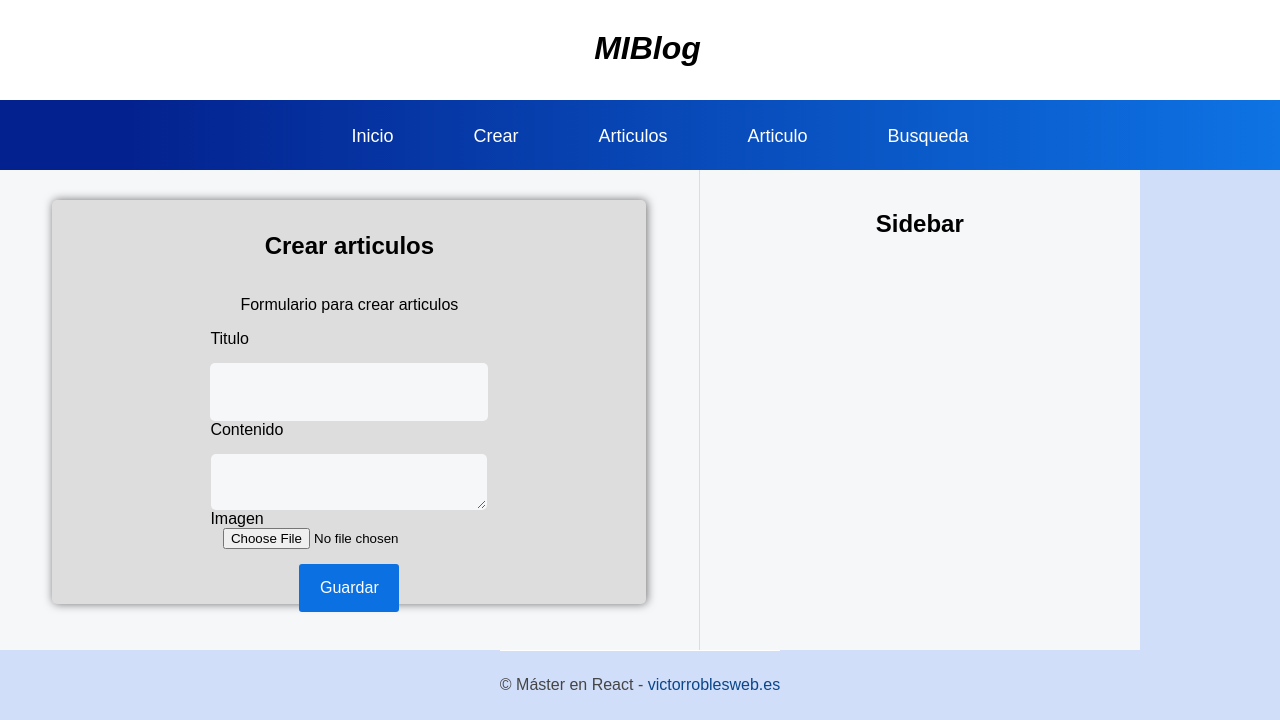
Repository: DamianBermudez94/frondEnd-blog
Page: /crear
The author's editor kept a copy of each file at every save. The page is drawn from the files as they stood at one save, then again after the next save.
The browser window is 1280 px wide. The pictures show the whole page.
The project was rebuilt for these pictures with package versions that can differ from the ones it lists, and the page was loaded fresh each time. Also part of the build but not shown: vite.config.js, src/components/pages/Inicio.jsx, src/components/pages/Busqueda.jsx, src/helper/Global.jsx, src/helper/Peticion.jsx, src/components/pages/Listado.jsx, src/components/pages/Articulos.jsx, src/components/pages/Articulo.jsx.

Above is the page before, as saved 2023-08-14 19:27:36.

### index.html
<!doctype html>
<html lang="es">
  <head>
    <meta charset="UTF-8" />
    <link rel="icon" type="image/svg+xml" href="/vite.svg" />
    <meta name="viewport" content="width=device-width, initial-scale=1.0" />
    <title>Proyecto-blog</title>
  </head>
  <body>
    <div id="root"></div>
    <script type="module" src="/src/main.jsx"></script>
  </body>
</html>

### src/main.jsx

import ReactDOM from 'react-dom/client'
import App from './App.jsx'
import './index.css'

ReactDOM.createRoot(document.getElementById('root')).render(

    <App />

)

### src/App.jsx
import { Rutas } from "./router/rutas"



function App() {


  return (
    <div className="layout">
      <Rutas></Rutas>
    </div>
  )
}

export default App

### src/index.css
/*:root {
  font-family: Inter, system-ui, Avenir, Helvetica, Arial, sans-serif;
  line-height: 1.5;
  font-weight: 400;

  color-scheme: light dark;
  color: rgba(255, 255, 255, 0.87);
  background-color: #242424;

  font-synthesis: none;
  text-rendering: optimizeLegibility;
  -webkit-font-smoothing: antialiased;
  -moz-osx-font-smoothing: grayscale;
  -webkit-text-size-adjust: 100%;
}

a {
  font-weight: 500;
  color: #646cff;
  text-decoration: inherit;
}
a:hover {
  color: #535bf2;
}

body {
  margin: 0;
  display: flex;
  place-items: center;
  min-width: 320px;
  min-height: 100vh;
}

h1 {
  font-size: 3.2em;
  line-height: 1.1;
}

button {
  border-radius: 8px;
  border: 1px solid transparent;
  padding: 0.6em 1.2em;
  font-size: 1em;
  font-weight: 500;
  font-family: inherit;
  background-color: #1a1a1a;
  cursor: pointer;
  transition: border-color 0.25s;
}
button:hover {
  border-color: #000bdb;
}
button:focus,
button:focus-visible {
  outline: 4px auto -webkit-focus-ring-color;
}

@media (prefers-color-scheme: light) {
  :root {
    color: #213547;
    background-color: #ffffff;
  }
  a:hover {
    color: #000dff;
  }
  button {
    background-color: #f9f9f9;
  }
}*/


/*ESTILOS GENERALES*/

body{
  background: #d1defa;
  font-family: sans-serif, Arial, Helvetica;
  text-align: center;
  padding: 0px;
  margin: 0px;
  box-sizing: border-box;

}

.layout{
  display: grid;
  grid-template-areas:
      "header header header header"
      "nav nav nav nav"
      "content content content lateral"
      "footer footer footer footer"
  ;
  grid-template-rows: 100px 70px auto 70px;
}

/*ESTILOS CABECERA*/

.header{
  grid-area: header;
  width: 100%;
  background: white;
  text-align: left;
  font-style: italic;

  display: flex;
  justify-content: center;
}



.header h1{
  margin-left: 15px;
  margin-top: 30px;
}

/*ESTILOS DE LA BARRA DE NAVEGACIÓN*/

.nav{
  grid-area: nav;
  background: linear-gradient(90deg, #03228f 10%, #0e73e4 100%);
}

.nav > ul {
  display: flex;
  justify-content: center;
  align-items: center;
  list-style: none;
}

.nav li{
  padding: 10px;
}

.nav a {
  display: block;
  margin-left: 30px;
  margin-right: 30px;
  font-size: 18px;
  font-weight: lighter;
  color: white;
  text-decoration: none;
  transition: all 300ms;
}

.nav a:hover{
  transform: scale(1.1, 1.1);
}

/*ESTILOS PARA EL CONTENIDO PRINCIPAL*/

.content{

  grid-area: content;
  background: #f6f7f9;
  display: flex;
  flex-flow: wrap;
  justify-content: flex-start;
  align-items: initial;
  flex-grow: 1;
}
.jumbo{
  width: 85%;
  height: 80%;
  padding-top: 20px;
  display: flex;
  background-color: #ddd;
  justify-content: center;
  align-items: center;
  flex-direction: column;
  border-radius: 5px;
  box-shadow: 1px 0px 10px 0px #6e6e6e;
  margin: 30px auto;
}
.articulo-item{
  flex-grow: 1;
  background: white;
  border-radius: 10px;
  box-shadow: 0px 0px 6px #ddd;
  margin: 20px;
  padding-top: 60px;
  padding-bottom: 60px;
  padding-left: 25px;
  padding-right: 25px;
  display: flex;
  justify-content: center;
  align-items: center;
  max-height: 225px;
}
.articulo-img img{
  width: 500px;
  overflow: hidden;
}
.articulo-item .edit{
  margin-right: 7px;
}
.articulo-datos{
  text-align: left;
}
.title-articulo{
  font-size: 25px;

}
.button,
button,
input[type="submit"],
input[type="button"]{
  width: 100px;
  background: #0b70e1;
  color: white;
  border: 0;
  outline: 0;
  padding:15px;
  border-radius: 3px;
  margin-top:15px;
  text-transform: capitalize;
  font-size: 16px;
  font-weight: 500;
  cursor: pointer;
  transition: all 300ms;
}
.articulo-borrar{
  margin-right: 20px;
}
.articulo-item .articulo-borrar:hover{

  background: #9b0202;
}

.articulo-item .articulo-editar:hover{
  background: #e77b00;
}

/*ESTILOS BARRA LATERAL*/

.lateral{
  width: 400px;
  grid-area: lateral;
  background: #f6f7f9;
  border-left: 1px solid #ddd;
  padding: 20px;
}

.lateral > div{
  box-sizing: border-box;
  width: 90%;
  margin: 20px;
  padding: 20px;
  padding-top: 10px;
  background: white;
  border-radius: 10px;
  box-shadow: 0px 0px 6px #ddd;
}

input[type="text"],
input[type="text"],
textarea,
input[type="text"],
input[type="text"],
textarea
{
  display: block;
  margin: 0 auto;
  margin-top: 15px;
  padding: 12px;
  border-radius: 5px;
  background: #f6f7f9;
  color: #454545;
  width: 80%;
  max-width: 250px;
  min-width: 250px;
  min-height: 30px;
  max-height: 250px;
  opacity: 4;
  outline: 0;
  border-color: transparent;
}
.no-encontrado{
  color: #9b0202;
}
.edit_form{
  border-top: 1px solid #ddd;
  margin-top: 10px;
}
.formulario{
 margin-top: 0;
}
.grup-form label{
 display: block;
  text-align: left;
}
/*ESTILOS PARA EL PIE DE PÁGINA*/
.footer{
  max-height: 300px;
  grid-area: footer;
  margin: 0 auto;
  background-color: #d1defa;
  color: #454545;
  border-top: 1px solid white;

  line-height: 68px;

}

.footer a{
  color: #0b468a;
  text-decoration: none;
}

@media (max-width: 1085px){
  .content {
      flex-flow: column wrap;
      justify-content: center;
      align-items: center;
  }

  .articulo-item{
      width: 80%;
  }
}

### src/router/rutas.jsx

import { BrowserRouter, Routes, Route } from "react-router-dom";
import { Inicio } from "../components/pages/Inicio";
import { Busqueda } from "../components/pages/Busqueda";
import { Crear } from "../components/pages/Crear";
import Articulos from "../components/pages/Articulos";
import { Articulo } from "../components/pages/Articulo";
import { Header } from "../components/layout/Header";
import { Nav } from "../components/layout/Nav";
import { Footer } from "../components/layout/Footer";
import { Sidebar } from "../components/layout/Sidebar";


export const Rutas = ()=>{

    return(

        <BrowserRouter>
            {/*Layout*/}
            <Header></Header>
            <Nav></Nav>
            {/*Contenido principal y rutas*/}
            <section id="content" className="content">
                <Routes>
                    <Route path="/" element={<Inicio/>}/>
                    <Route path="/inicio" element={<Inicio/>}/>
                    <Route path="/busqueda" element={<Busqueda/>}/>
                    <Route path="/crear" element={<Crear/>}/>
                    <Route path="/articulos" element={<Articulos/>}/>
                    <Route path="/articulo" element={<Articulo/>}/>
                </Routes>
            </section>
            <Sidebar/>
            <Footer></Footer>
        </BrowserRouter>

    )

}

### src/components/pages/Crear.jsx


export const Crear = () => {
  return (
    <div className="jumbo">
      <h1>Crear articulos</h1>
      <p>Formulario para crear articulos</p>
      <form className="formulario">
        <div className="grup-form">
          <label htmlFor="titulo">Titulo</label>
          <input type="text" name="titulo"/>
        </div>
        <div className="grup-form">
          <label htmlFor="contenido">Contenido</label>
          <textarea type="textarea" name="contenido"/>
        </div>
        <div className="grup-form">
          <label htmlFor="file0">Imagen</label>
          <input type="file" name="file0" id="file"/>
        </div>
        <input type="submit" value="Guardar" className="btn btn-succes" />
      </form>
    </div>
  );
};

### src/components/layout/Header.jsx
import React from 'react'

export const Header = () => {
  return (

         <header className="header">
            <h1>MIBlog</h1>
        </header>

  )
}

### src/components/layout/Nav.jsx
import React from 'react'
import { NavLink } from 'react-router-dom'

export const Nav = () => {
  return (

           <nav className="nav">
            <ul>
                <li><NavLink to="/#">Inicio</NavLink></li>
                <li><NavLink to="/crear">Crear</NavLink></li>
                <li><NavLink to="/articulos">Articulos</NavLink></li>
                <li><NavLink to="/articulo">Articulo</NavLink></li>
                <li><NavLink to="/busqueda">Busqueda</NavLink></li>

            </ul>
        </nav>

  )
}

### src/components/layout/Footer.jsx
import React from 'react'

export const Footer = () => {
  return (

         <footer className="footer">
            &copy; Máster en React - <a href="https://victorroblesweb.es">victorroblesweb.es</a>
        </footer>

  )
}

### src/components/layout/Sidebar.jsx
import React from 'react'

export const Sidebar = () => {
  return (
        <aside className="lateral">

            <h1>Sidebar</h1>

        </aside>

  )
}

After the next save:
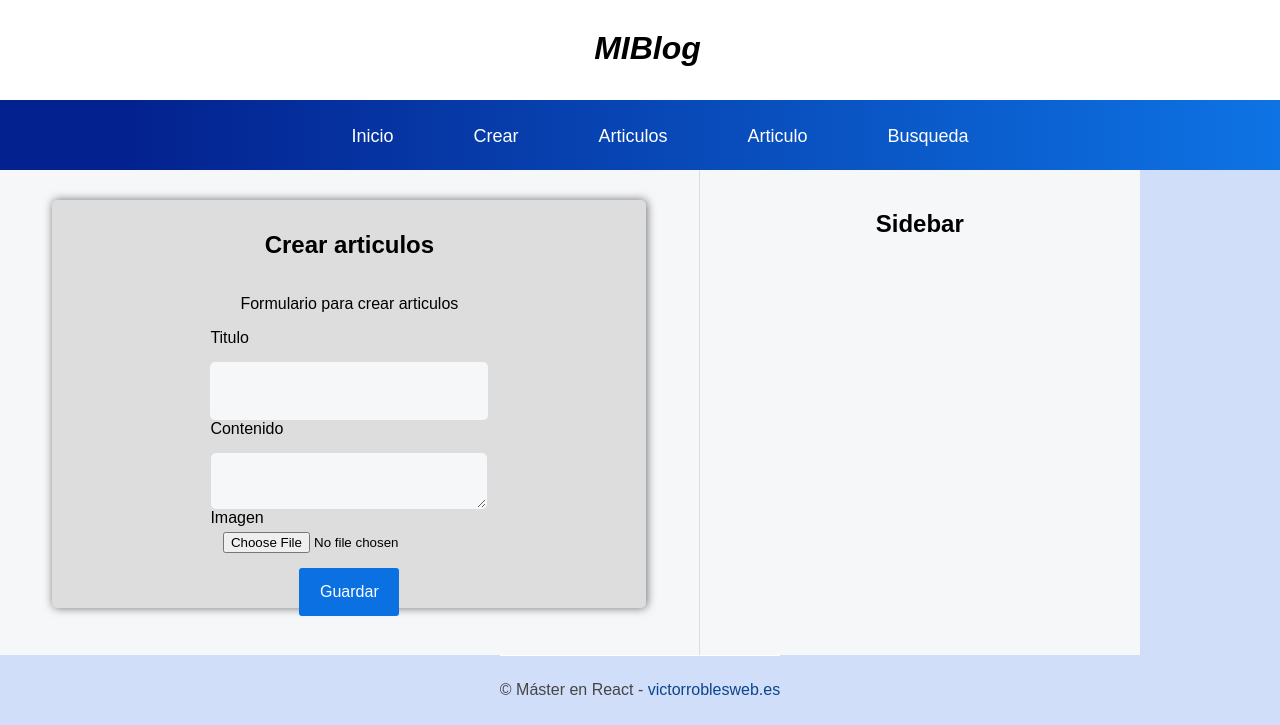
Saved 7 s later.
--- a/src/index.css
+++ b/src/index.css
@@ -286,6 +286,7 @@ textarea
 .grup-form label{
  display: block;
   text-align: left;
+  margin-bottom: 5px;
 }
 /*ESTILOS PARA EL PIE DE PÁGINA*/
 .footer{
